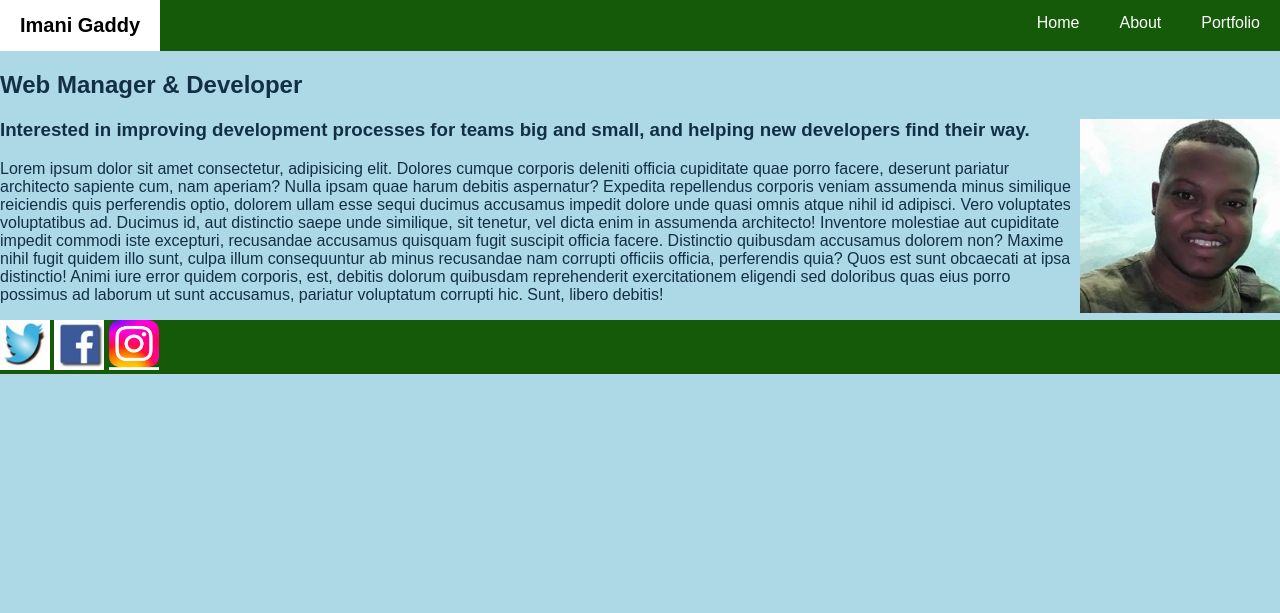
Repository: website-dev-team/website-repo
Page: personal_site/home.html
The author's editor kept a copy of each file at every save. The page is drawn from the files as they stood at one save, then again after the next save.
The browser window is 1280 px wide. The pictures show the whole page.

Above is the page before, as saved 2024-07-16 05:36:39.

### personal_site/home.html
<!DOCTYPE html>
<html lang="en">
<head>
    <meta charset="UTF-8">
    <meta name="viewport" content="width=device-width, initial-scale=1.0">
    <title>My Personal Website</title>
    <link rel="stylesheet" href="style.css">
</head>
<body>
<header>
    <nav class="navbar">
        <a class="logo" href="#">Imani Gaddy</a>
        <a href="./portfolio.html" class="nav-item">Portfolio</a>
        <a href="./about.html" class="nav-item">About</a>
        <a href="./home.html" class="nav-item">Home</a>
    </nav>
</header>

<h2>Web Manager & Developer</h2>
<div>
    <section class="box">
        <img src="Profile.png" alt="Profile Image" class="float-left" width="200">
        <section class="box2"><h3>Interested in improving development processes for teams big and small, and helping new developers find their way.</h3>
    <p>Lorem ipsum dolor sit amet consectetur, adipisicing elit. Dolores cumque corporis deleniti officia cupiditate quae porro facere, deserunt pariatur architecto sapiente cum, nam aperiam? Nulla ipsam quae harum debitis aspernatur?
    Expedita repellendus corporis veniam assumenda minus similique reiciendis quis perferendis optio, dolorem ullam esse sequi ducimus accusamus impedit dolore unde quasi omnis atque nihil id adipisci. Vero voluptates voluptatibus ad.
    Ducimus id, aut distinctio saepe unde similique, sit tenetur, vel dicta enim in assumenda architecto! Inventore molestiae aut cupiditate impedit commodi iste excepturi, recusandae accusamus quisquam fugit suscipit officia facere.
    Distinctio quibusdam accusamus dolorem non? Maxime nihil fugit quidem illo sunt, culpa illum consequuntur ab minus recusandae nam corrupti officiis officia, perferendis quia? Quos est sunt obcaecati at ipsa distinctio!
    Animi iure error quidem corporis, est, debitis dolorum quibusdam reprehenderit exercitationem eligendi sed doloribus quas eius porro possimus ad laborum ut sunt accusamus, pariatur voluptatum corrupti hic. Sunt, libero debitis!</p>

        </section>
</div>
<footer>
    <nav class="navbar2">
        <img src="twitter.jpg" alt="insta" width="50" height="50">
        <img src="facebook.jpg" alt="insta" width="50" height="50">
        <img src="instagram.png" alt="insta" width="50" height="50">

    </nav>
</footer>

</body>
</html>

### personal_site/style.css
body {
    margin: 0;
    font-family: Arial, Helvetica, sans-serif;
    background-color: #add8e6;
    color: #132f46;

}

.navbar {
    background-color: #145a08;
    overflow: hidden;
}

.navbar a {
    display: inline-block;
    text-decoration: none;
    text-align: center;
    padding: 14px 20px;
    color: white;
}

.navbar a:hover {
    background-color: white;
    color: black;
}

.navbar .logo {
    font-size: 20px;
    font-weight: bold;
    float: left;
}

.navbar .nav-item {
    float: right;
}

.float-left {
    float: right;
}

.navbar2 {
    background-color: #145a08;
    overflow: hidden;
    margin: 0px;
    bottom: 100px;
}

.navbar2 a {
    display: inline-block;
    text-decoration: none;
    text-align: center;
    padding: 14px 20px;
    color: white;
}

.navbar2 a:hover {
    background-color: white;
    color: black;
}

.navbar2 .logo {
    font-size: 20px;
    font-weight: bold;
    float: left;
}

.navbar2 .nav-item {
    float: right;
}

.float-left {
    float: right;
}

After the next save:
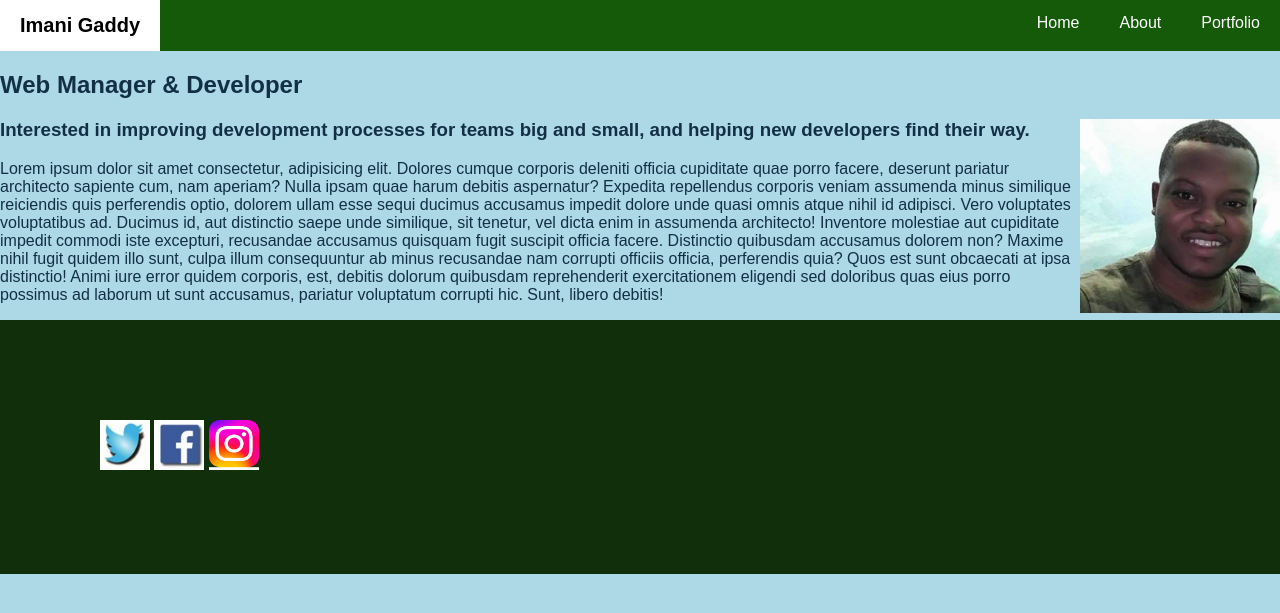
Saved 53 s later.
--- a/personal_site/style.css
+++ b/personal_site/style.css
@@ -39,10 +39,10 @@ body {
 }
 
 .navbar2 {
-    background-color: #145a08;
+    background-color: #102f0a;
     overflow: hidden;
     margin: 0px;
-    bottom: 100px;
+    padding: 100px;
 }
 
 .navbar2 a {
